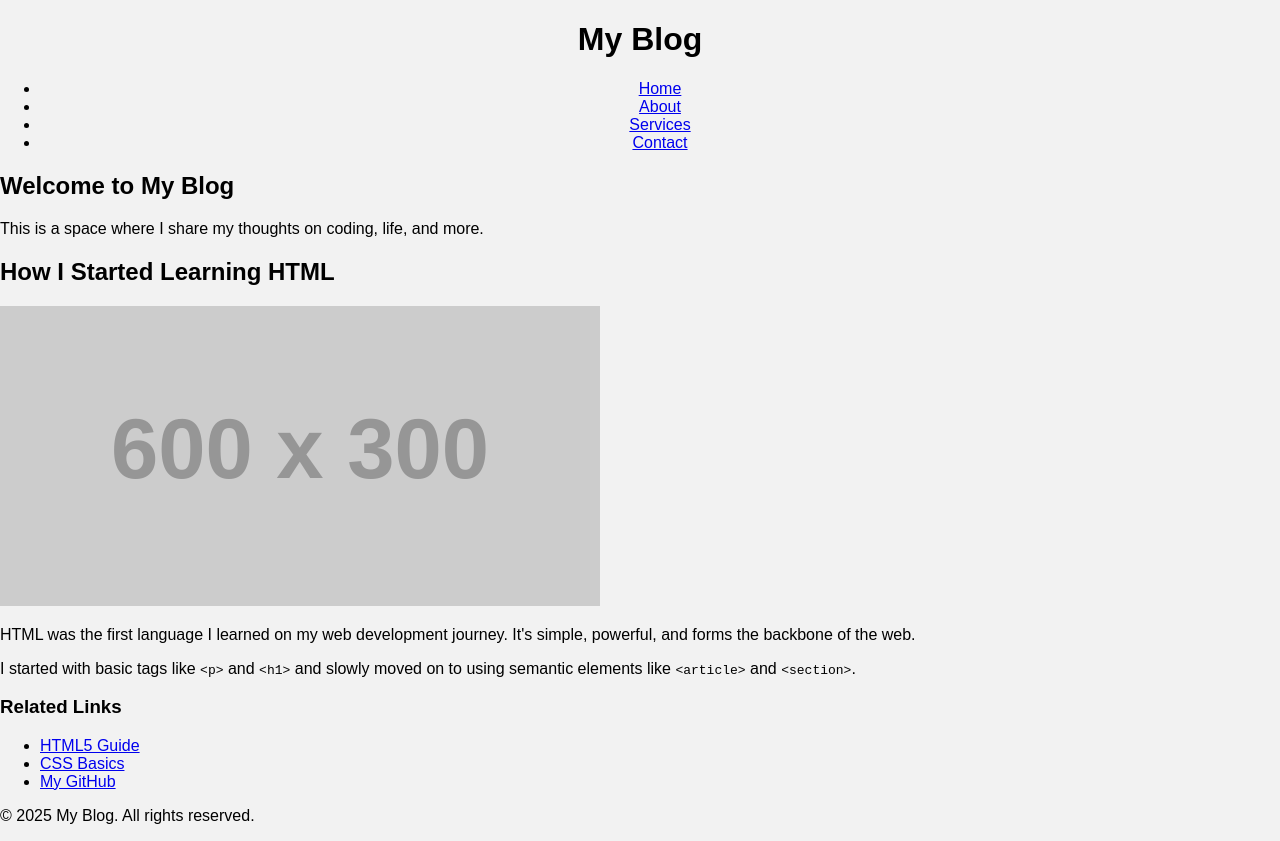
Repository: SainediAmbika/RecallingAll
Page: Angular Recalling/Blog Page/index.html
These files come from the project's save history. The page is drawn as it stood at one moment and after the next save; the edit follows.
The browser window is 1280 px wide. The pictures show the whole page.

Above is the page before, as saved 2025-05-19 11:54:34.

After the next save:
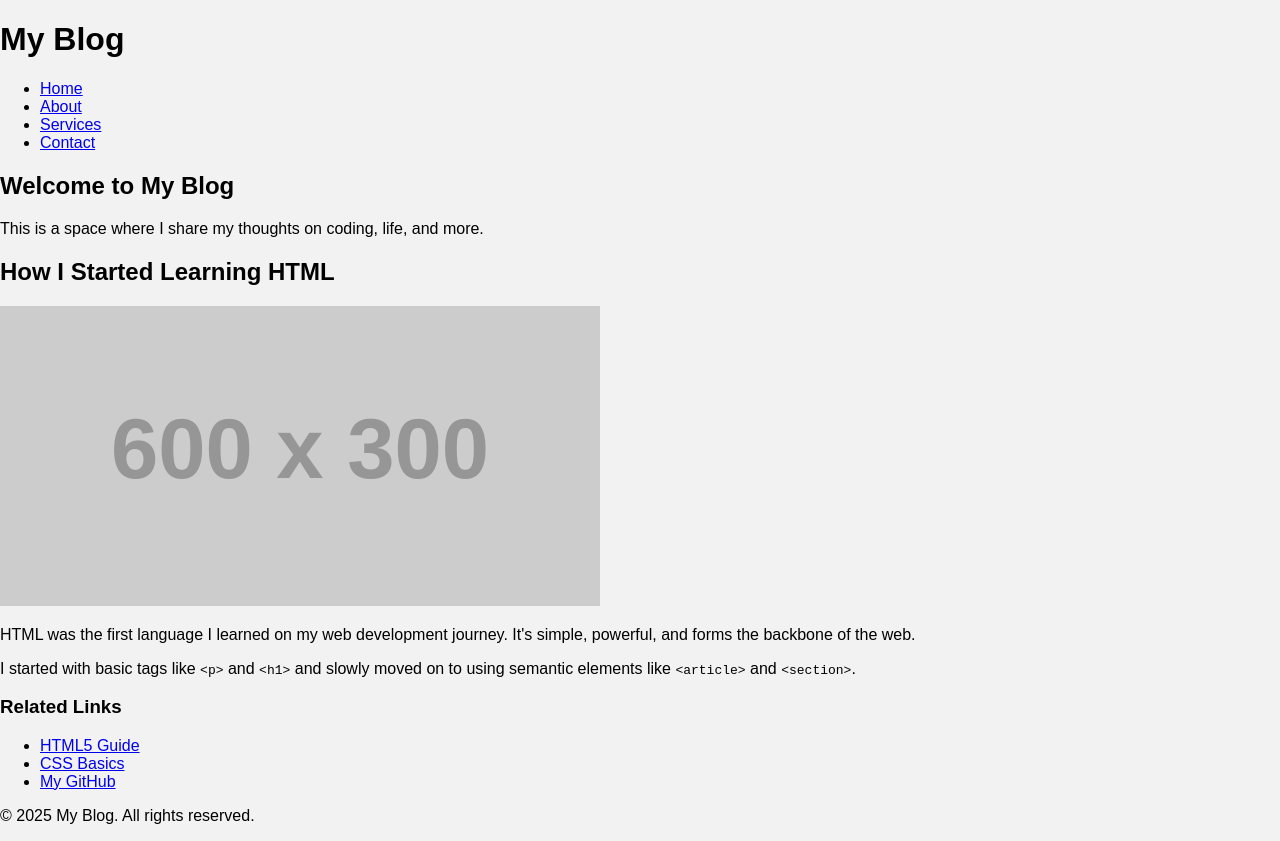
Saved 11 s later.
--- a/Angular Recalling/Blog Page/app.css
+++ b/Angular Recalling/Blog Page/app.css
@@ -1,6 +1,5 @@
-.header{
+#header{
     text-align: center;
-
 }
 body {
     font-family: Arial, sans-serif;
